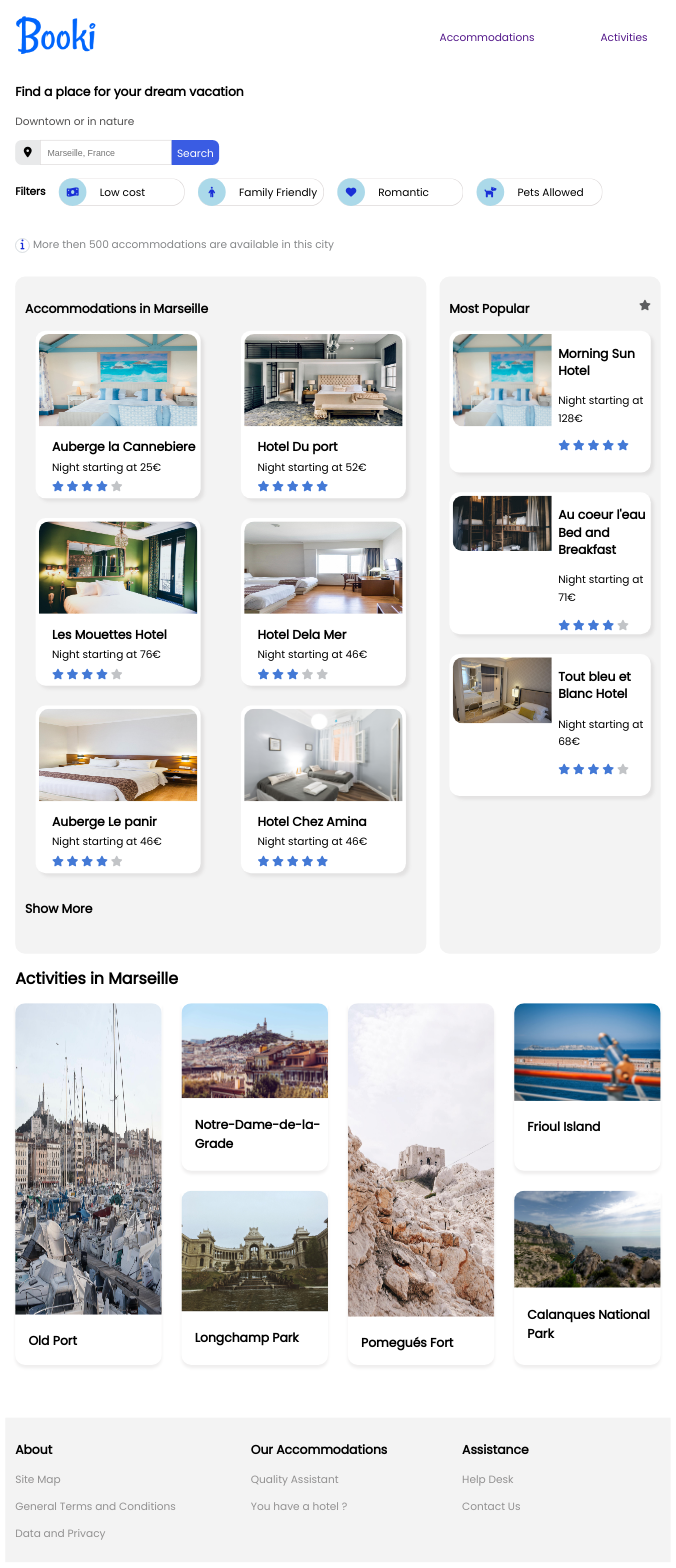
Repository: ailahin/booki
Page: index.html
The author's editor kept a copy of each file at every save. The page is drawn from the files as they stood at one save, then again after the next save.
The browser window is 1024 px wide. The pictures show the whole page, at 66% of full size.
Some web fonts or font styles are not loaded; a fallback is used. Some web libraries are served in a nearby version.

Above is the page before, as saved 2023-07-19 05:00:26.

After the next save:
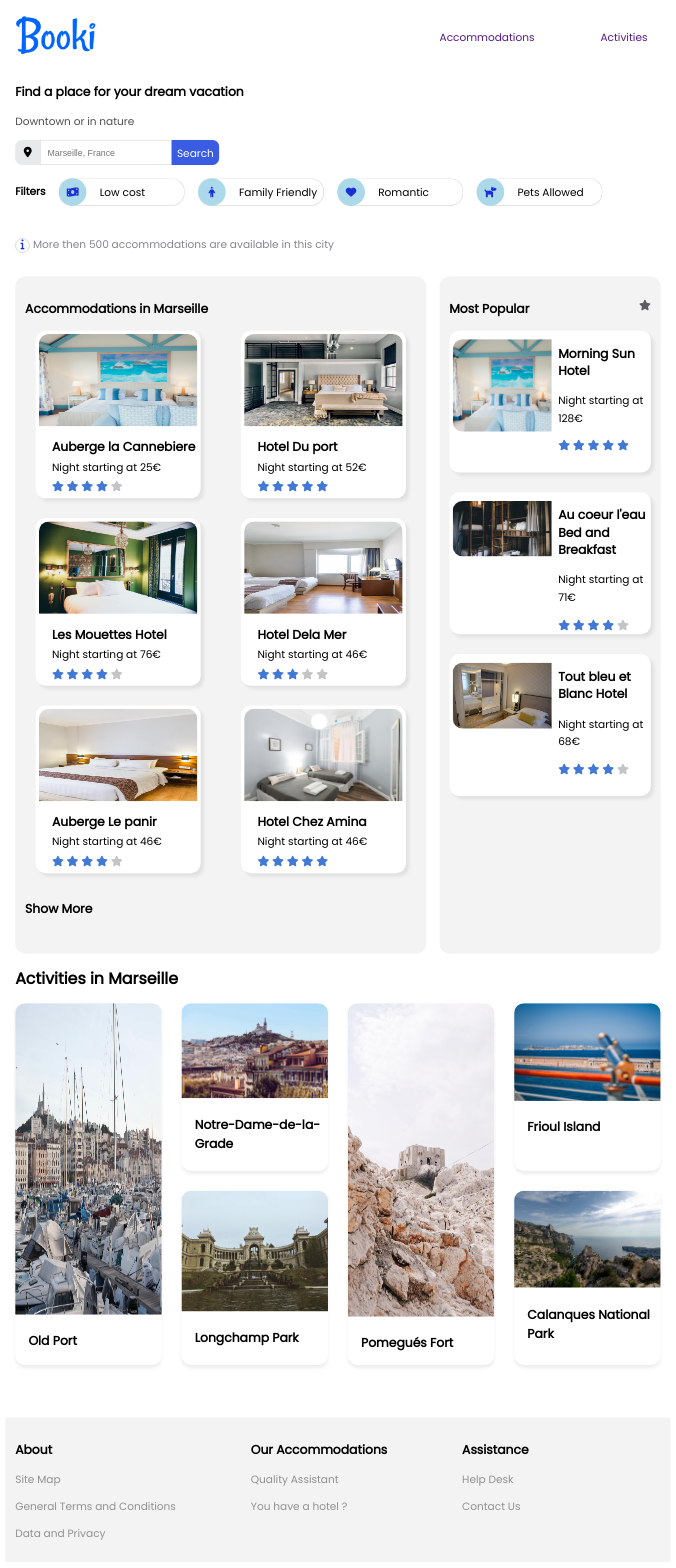
Saved 27 s later.
--- a/css/index.css
+++ b/css/index.css
@@ -494,7 +494,7 @@ margin-bottom: 5px;
         height:max-content;
         border-top-left-radius: 15px;
         border-bottom-left-radius: 15px;
-        margin-top: 2px;
+        margin-top: 10px;
         margin-left: 2px;
 
     }
